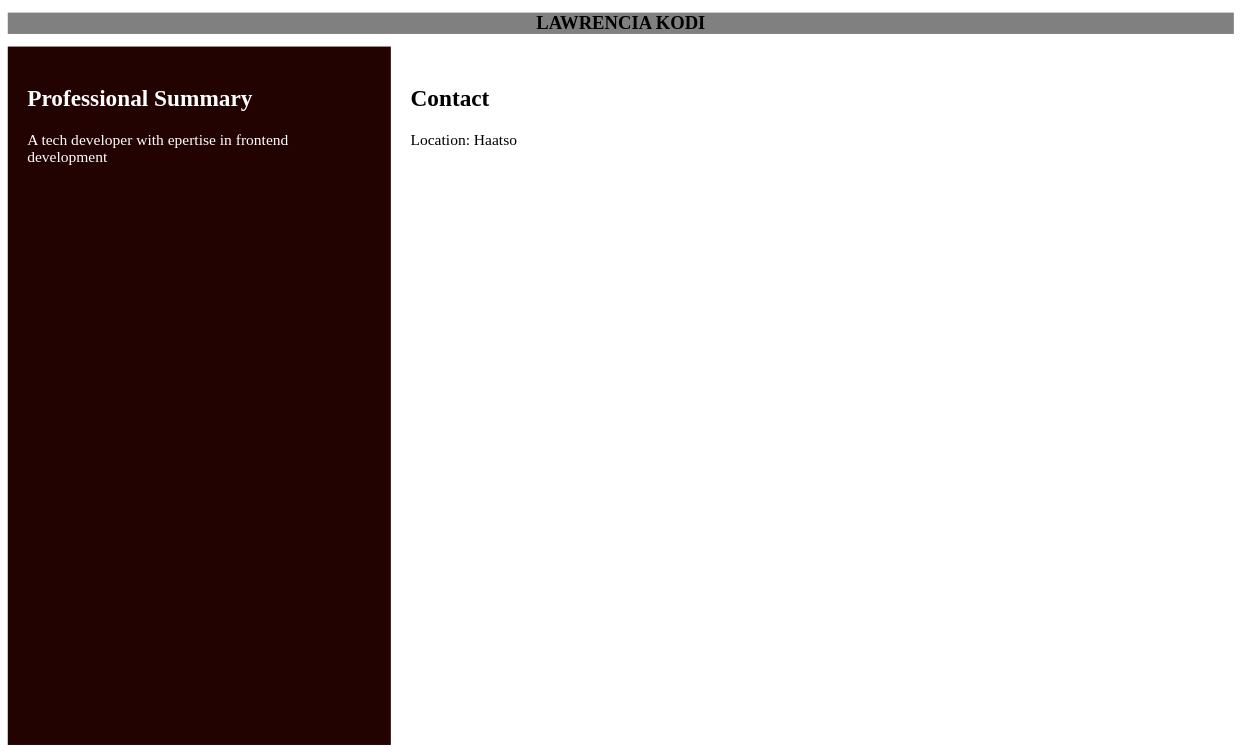
Repository: lawrencia-coder/T4G_CV
Page: index.html
These files come from the project's save history. The page is drawn as it stood at one moment and after a run of saves; the edit follows.
The browser window is 1280 px wide. The pictures show the whole page, at 97% of full size.
Some web libraries are served in a nearby version.

Above is the page before, as saved 2026-07-09 07:29:46.

### index.html
<!DOCTYPE html>
<html lang="en">
<head>
    <meta charset="UTF-8">
    <meta name="viewport" content="width=device-width, initial-scale=1.0">
    <script src="https://kit.fontawesome.com/c72fc9c022.js" crossorigin="anonymous"></script>
    <title>T4G_CV</title>
    <link rel="stylesheet" href="style.css">
</head>
<body>
    <h1>LAWRENCIA KODI</h1>
    <div class="cv-container">
        <div class="left-column">
            <h2>Professional Summary</h2>
              <p>A tech developer with epertise in frontend development</p>
        </div>
         <div class="right-column">
             <h2> Contact</h2>
              <p>Location: Haatso</p>
         </div>
    </div>

</body>
</html>

### style.css
/* working on my headings */
h1{
    text-align: center;
    background-color: grey;
    border-width: 60px;
    font-size: larger;

}
.cv-container{
    display: flex;
    width: 100%;
    min-height: 100vh;
}

.left-column{
width: 30%;
background-color: rgb(35, 2, 2);
color: white;
padding: 20px;
}

.right-column{
    width: 70%;
    background-color: white;
    color: black;
    padding: 20px;
}

After the next 2 saves:
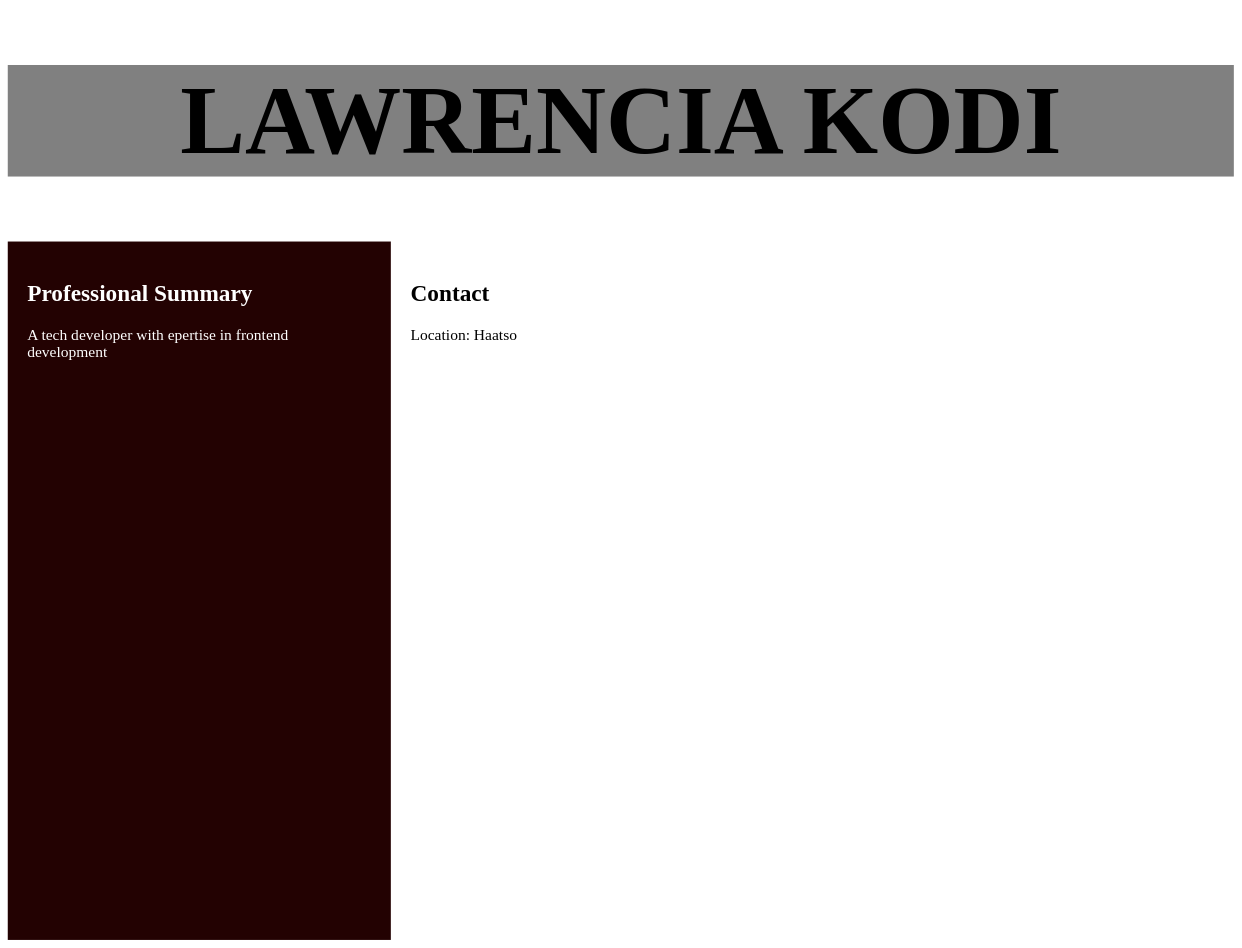
The 2 saves are shown as one change because they came seconds apart.
The last was saved 9 s later.
--- a/style.css
+++ b/style.css
@@ -3,7 +3,7 @@ h1{
     text-align: center;
     background-color: grey;
     border-width: 60px;
-    font-size: larger;
+    font-size: 100px;
 
 }
 .cv-container{
